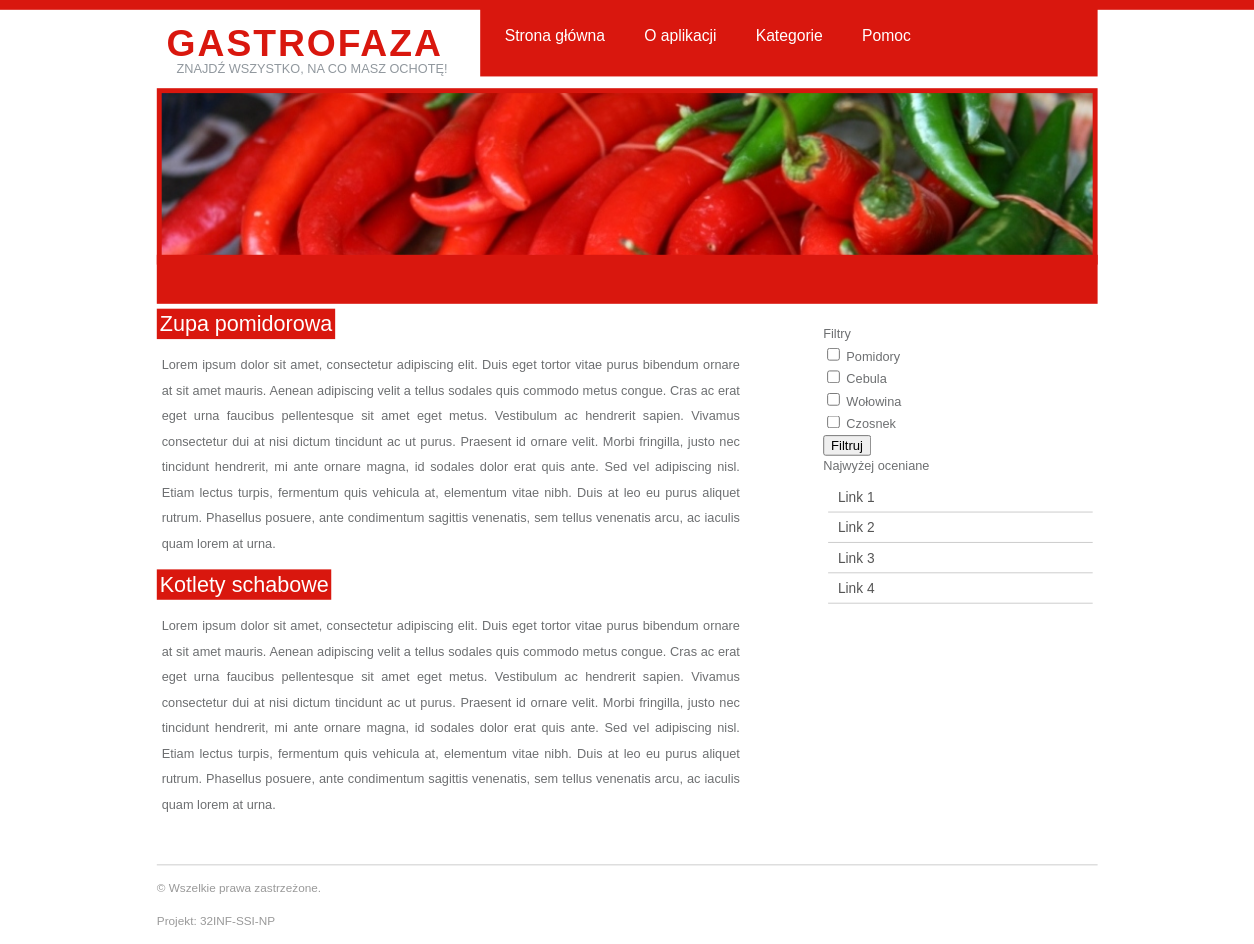
Repository: Michals1988/GroupProject
Page: index.html
The author's editor kept a copy of each file at every save. The page is drawn from the files as they stood at one save, then again after the next save.
The browser window is 1280 px wide. The pictures show the whole page, at 98% of full size.

Above is the page before, as saved 2020-10-25 17:32:10.

After the next save:
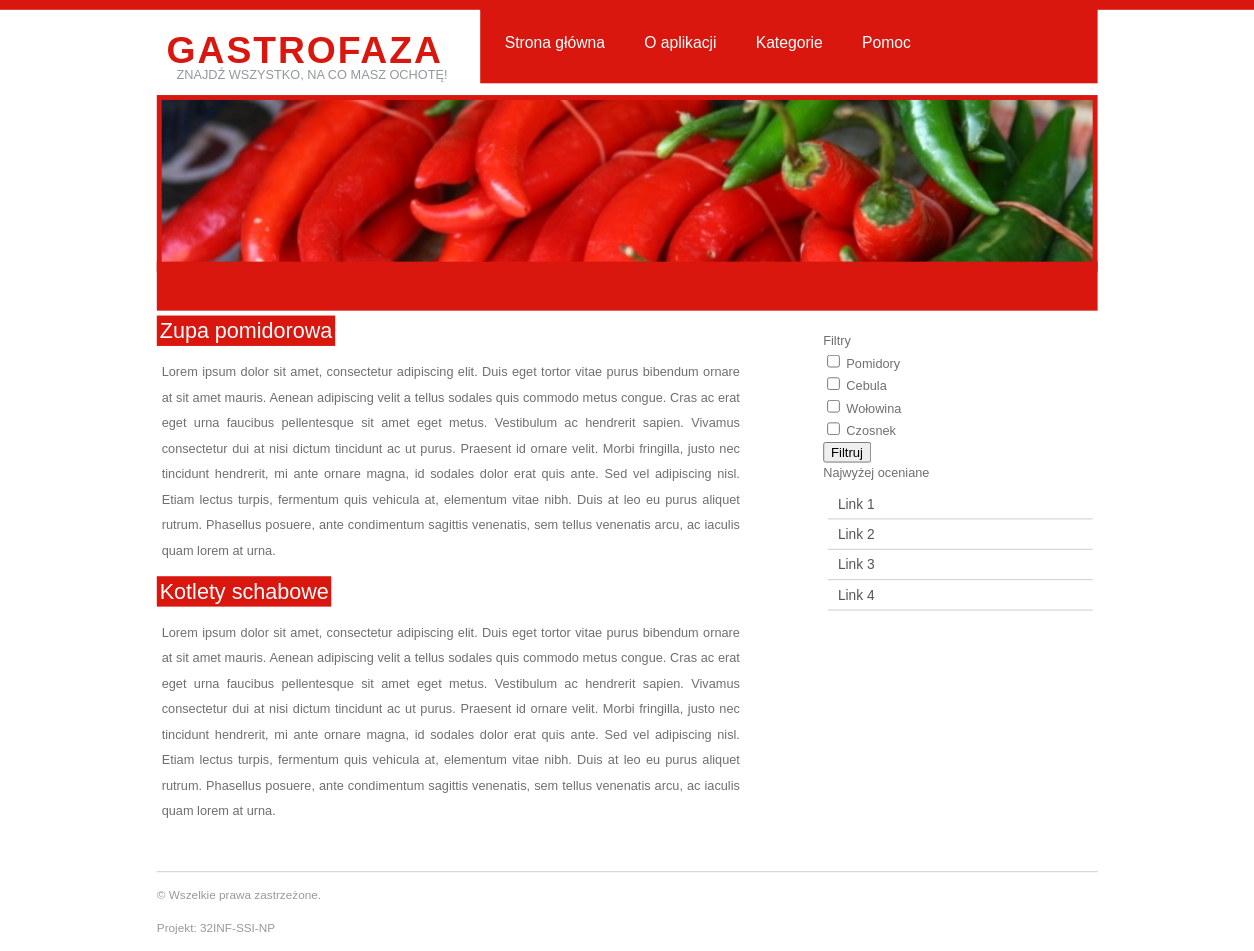
Saved 35 s later.
--- a/css/style.css
+++ b/css/style.css
@@ -8,7 +8,7 @@ body {
 
 #wrapper {
 	width: 960px;
-	margin: 0 auto;
+	margin: 15px auto;
 	text-align: left;
 }
 
